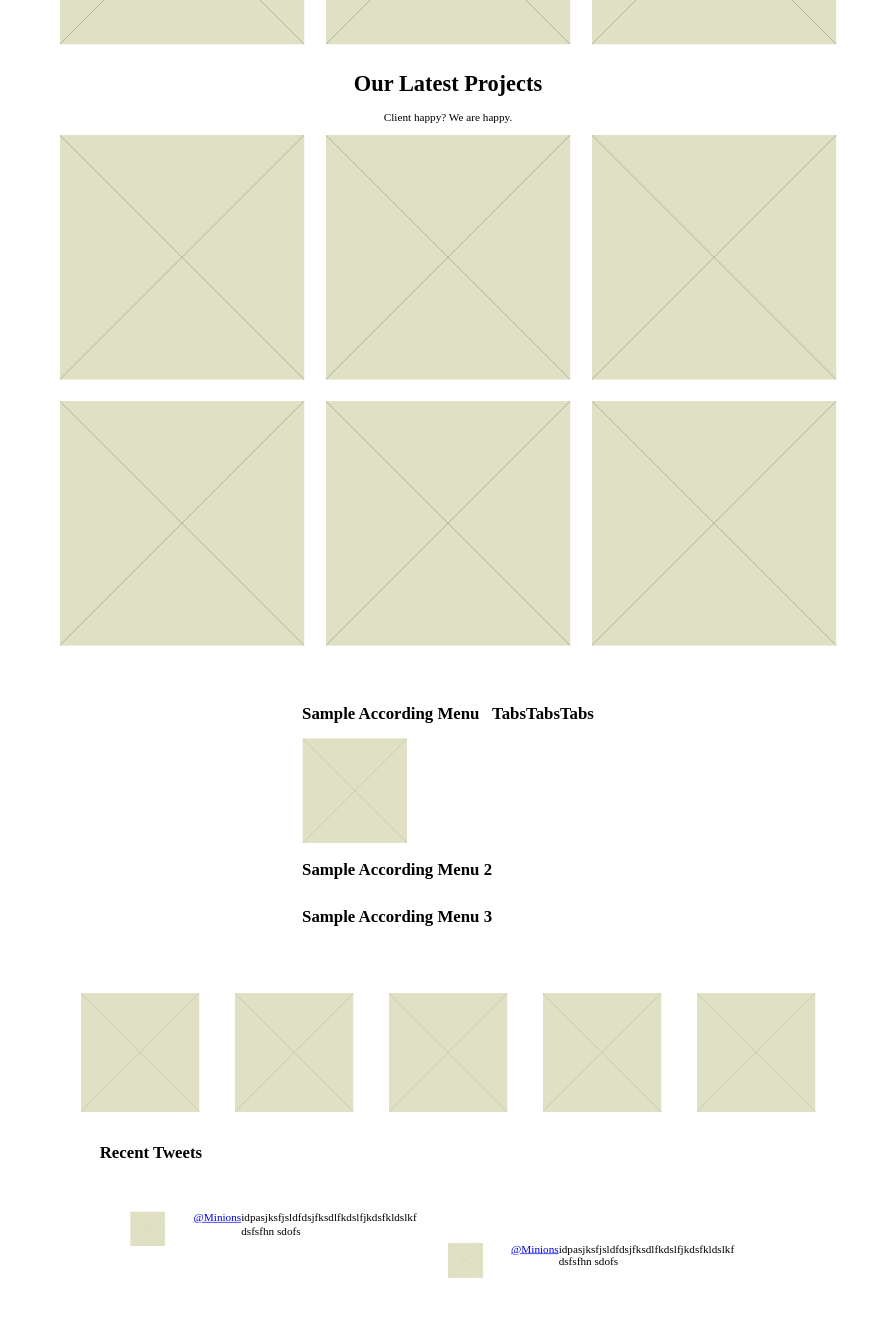
Repository: ReallyNguyen/responsive-web
Page: index.html
These files come from the project's save history. The page is drawn as it stood at one moment and after the next save; the edit follows.
The browser window is 1280 px wide. The pictures show the part of the page from y = 852 to 2772 px (the page is 2772 px tall before and 2718 px after), at 70% of full size.

Above is the page before, as saved 2023-01-25 21:43:34.

After the next save:
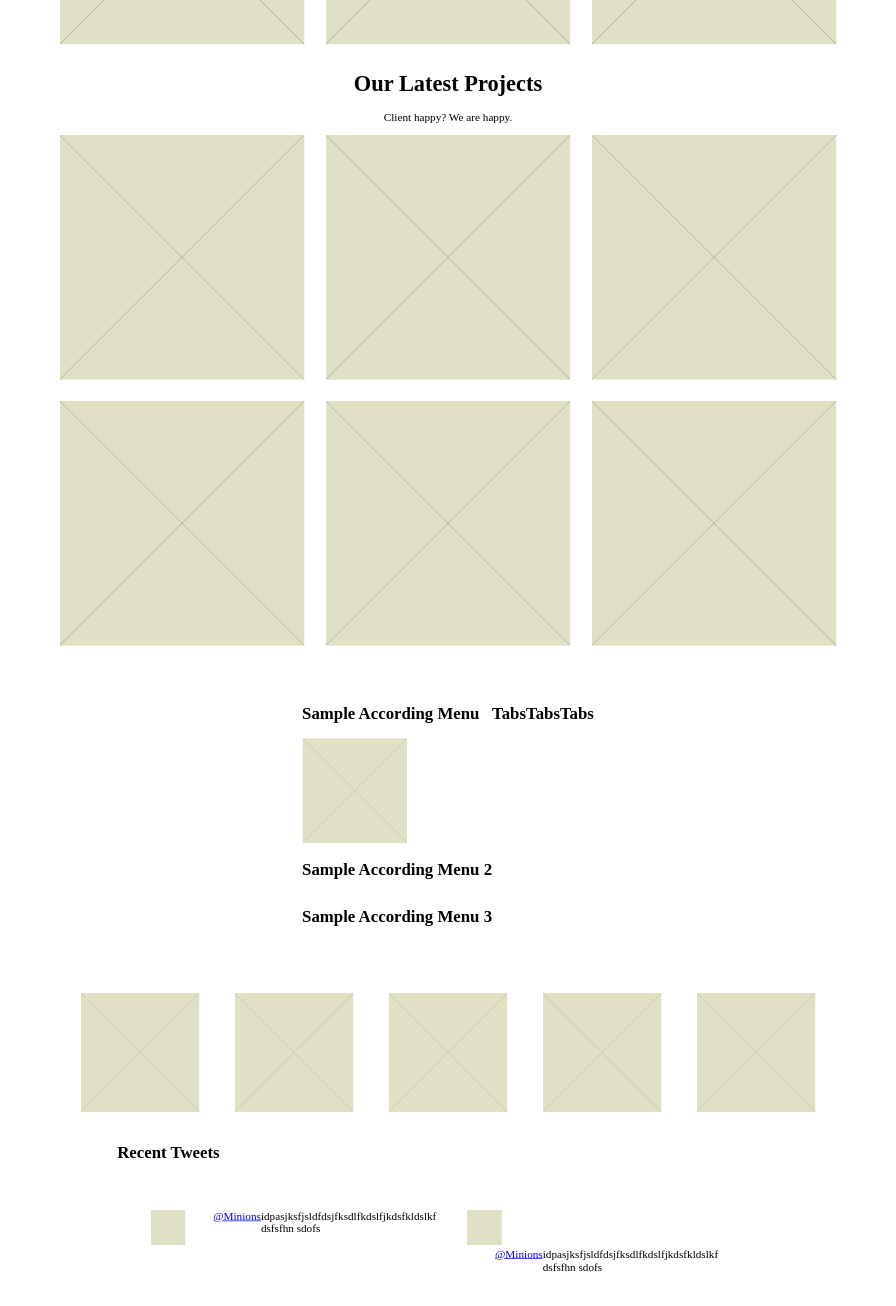
Saved 8 s later.
--- a/index.html
+++ b/index.html
@@ -171,7 +171,7 @@
             <p> idpasjksfjsldfdsjfksdlfkdslfjkdsfkldslkf dsfsfhn sdofs </p>
         </div>
 
-        <div class="social-box">
+        <div class="social-box-2">
           <img src="placeholder.svg" alt="" width="50" height="50">
           <div class="social-text-box">
             <a href="url"> @Minions </a>

After the save that followed:
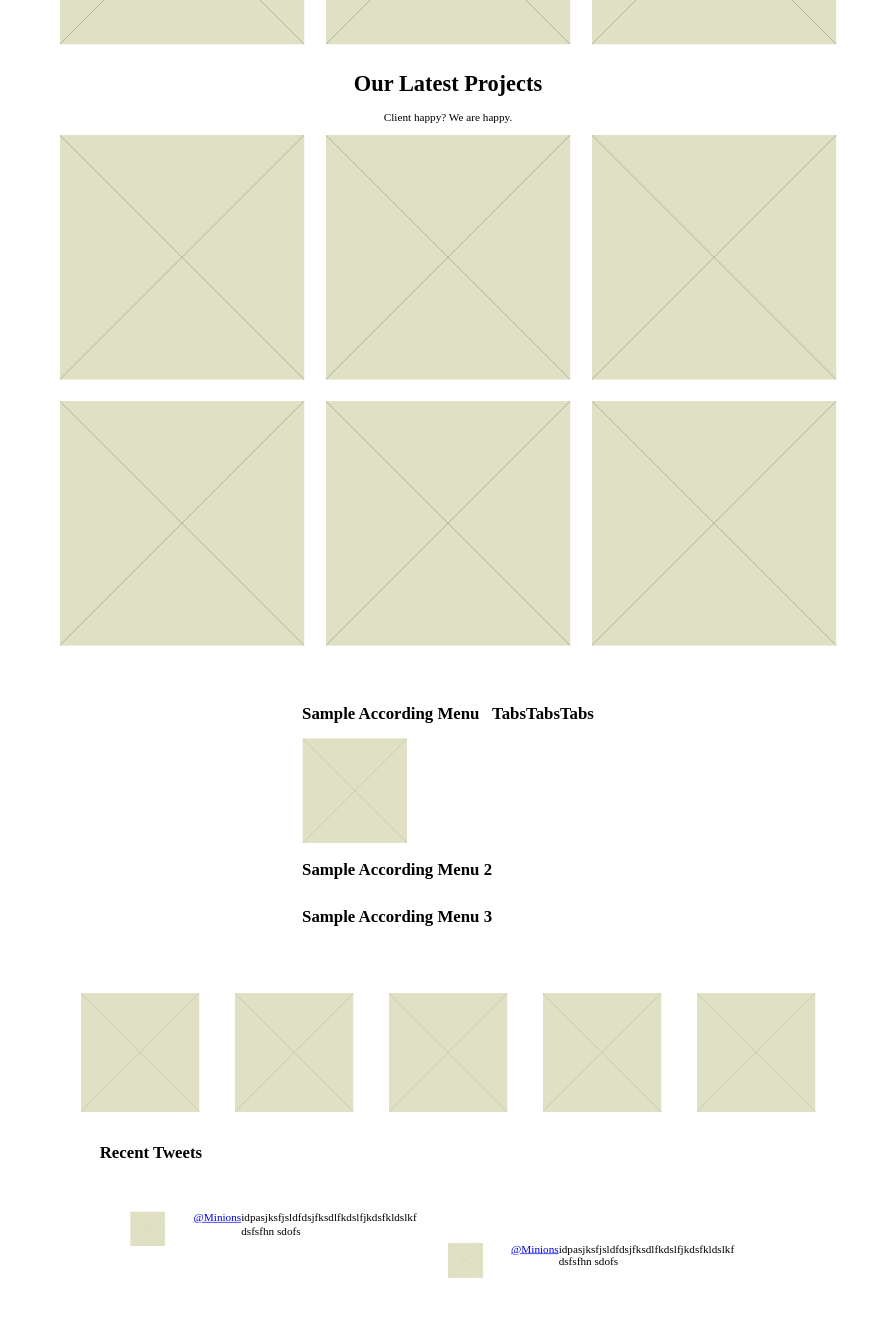
Saved 16 s later.
--- a/index.html
+++ b/index.html
@@ -171,7 +171,7 @@
             <p> idpasjksfjsldfdsjfksdlfkdslfjkdsfkldslkf dsfsfhn sdofs </p>
         </div>
 
-        <div class="social-box-2">
+        <div class="social-box">
           <img src="placeholder.svg" alt="" width="50" height="50">
           <div class="social-text-box">
             <a href="url"> @Minions </a>
